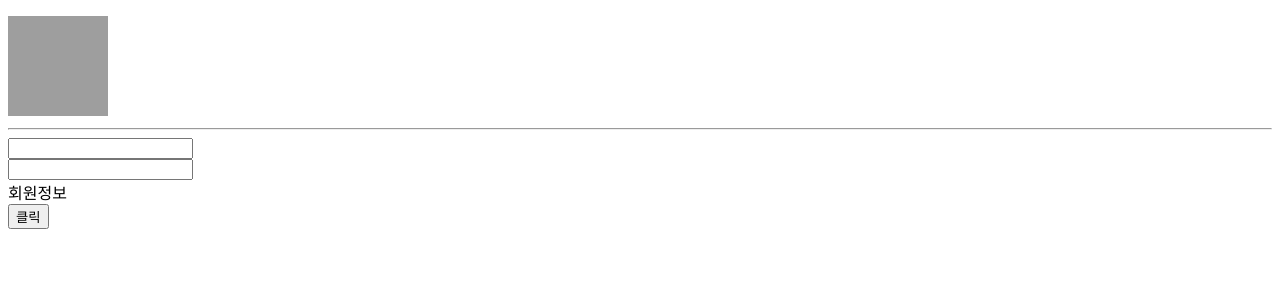
Repository: hangilyon/allJSPStudy
Page: javascript/ex04.html
These files come from the project's save history. The page is drawn as it stood at one moment and after the next save; the edit follows.
The browser window is 1280 px wide. The pictures show the whole page.
Pictures or frames that could not be fetched are drawn as grey boxes.

Above is the page before, as saved 2021-10-13 11:49:36.

### javascript/ex04.html
<!DOCTYPE html>
<html>
<head>
<meta charset="UTF-8">
<title>ex04</title>
<script type="text/javascript">
	function test(){
		n = document.getElementById('name1').value
		document.getElementById('name1').value = ""
		document.getElementById('name2').value = n

		DBData = [{'name':'홍길동','id':'12345'},
				{'name':'김개똥','id':'12345'},
				{'name':'고길동','id':'12345'},
				{'name':'김길아','id':'12345'}
			]
		html = "<table border='1'>"
		for(i=0;i<DBData.length;i++){
			html+="<tr>";
			html+="<td>"+DBData[i].name+"</td><td>"+DBData[i].id+"</tr>"
		}
		html += "</table>"

		document.getElementById('member').innerHTML = html//"<H3>정보변경</h3>"
	}
	var bool=true
	function setImg(){
		console.log("test")
		if(bool){
			document.getElementById('img').src = 'resources/images/car01.png'
		}else{
			document.getElementById('img').src = 'resources/images/img.jpg'
		}
		bool = !bool;
	}
</script>
<style type="text/css">
	#img {width: 100px; height: 100px;}
</style>
</head>
<body>
	<p id="num"></p>
	<img id="img" src="resources/images/img.jpg" onclick="setImg()">

<hr>
	<input type="text" id="name1"><br>
	<input type="text" id="name2"><br>
	<div id="member">회원정보</div>
	<input type="button" value="클릭" onclick="test()"><br>
</body>
</html>

After the next save:
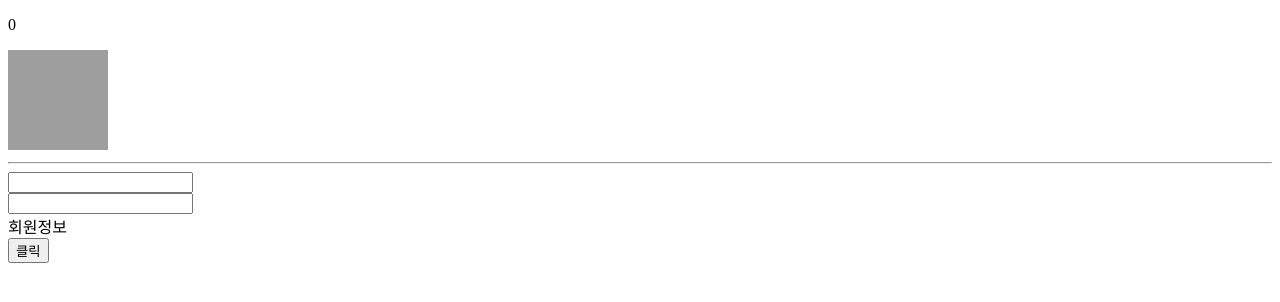
Saved 12 s later.
--- a/javascript/ex04.html
+++ b/javascript/ex04.html
@@ -39,7 +39,7 @@
 </style>
 </head>
 <body>
-	<p id="num"></p>
+	<p id="num">0</p>
 	<img id="img" src="resources/images/img.jpg" onclick="setImg()">
 
 <hr>
